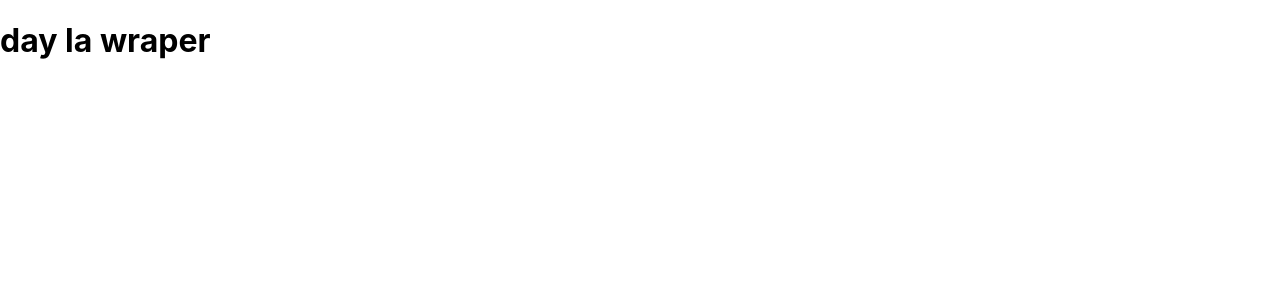
Repository: truongnguyenuit/learn_api
Page: /
The author's editor kept a copy of each file at every save. The page is drawn from the files as they stood at one save, then again after the next save.
The browser window is 1280 px wide. The pictures show the whole page.
The page's requests for data from a server got no answer. The project was rebuilt for these pictures with package versions that can differ from the ones it lists, and the page was loaded fresh each time. No one was signed in, and anything a server would have sent is missing.

Above is the page before, as saved 2022-06-10 15:00:37.

After the next save:
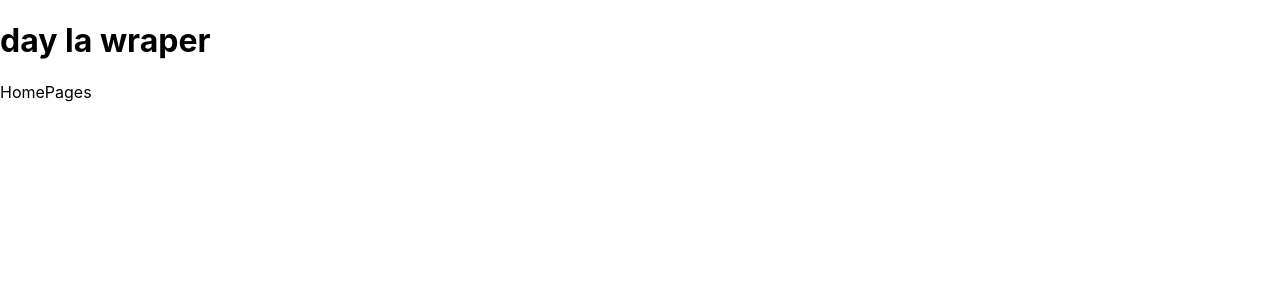
Saved 38 s later.
--- a/src/App.js
+++ b/src/App.js
@@ -13,7 +13,7 @@ function App() {
       <BrowserRouter>
         <Routes>
           <Route path="/" element={<Wrapper />}>
-            <Route path="home" element={<HomePages />} />
+            <Route index element={<HomePages />} />
           </Route>
         </Routes>
       </BrowserRouter>
